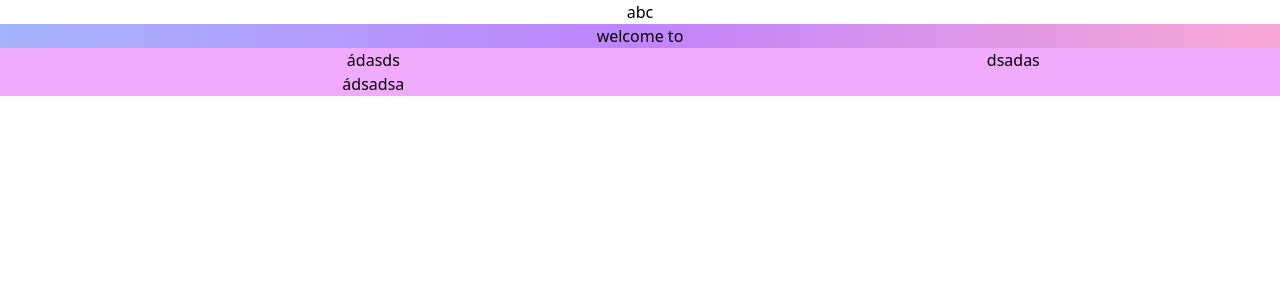
Repository: NguyenVietPhuQuy/ReactJs-TailWind-Redux-FunctionHook-ModelDesign
Page: / (app in modeldesign/)
The author's editor kept a copy of each file at every save. The page is drawn from the files as they stood at one save, then again after the next save.
The browser window is 1280 px wide. The pictures show the whole page.
The project was rebuilt for these pictures with package versions that can differ from the ones it lists, and the page was loaded fresh each time. Also part of the build but not shown: modeldesign/src/App.css.

Above is the page before, as saved 2022-11-17 10:26:07.

### modeldesign/src/index.js
import React from 'react';
import ReactDOM from 'react-dom/client';
import './index.css';
import App from './App';
import reportWebVitals from './reportWebVitals';
import {Provider} from 'react-redux'
import store from './Components/Reducer/Store'
const root = ReactDOM.createRoot(document.getElementById('root'));
root.render(
  <React.StrictMode>
    <Provider store ={store}>
    <App />
    </Provider>
  </React.StrictMode>
);

// If you want to start measuring performance in your app, pass a function
// to log results (for example: reportWebVitals(console.log))
// or send to an analytics endpoint. Learn more: https://bit.ly/CRA-vitals
reportWebVitals();

### modeldesign/src/App.js
import './App.css';
import Home from './Components/Home.js'
function App() {
  return (
    <div className='text-center'>abc
      <Home/>
    </div>
  );
}

export default App;

### modeldesign/src/Components/Reducer/Store.js
import {createStore} from "redux"
import rootReducer from "./RootReducer"

const store = createStore(rootReducer,window.__REDUX_DEVTOOLS_EXTENSION__ && window.__REDUX_DEVTOOLS_EXTENSION__())
export default store

### modeldesign/src/Components/Home.js
import React from "react";
import Header from './Header.js'
import Category from "./Category.js";
import ProductList from "./ProductList.js";
import Model from "./Model.js";
function Home() {
    return (
        <div className="container mx-auto relative bg-fuchsia-300">
            <section className=
            " bg-gradient-to-r from-indigo-300 via-purple-400 to-pink-300 w-full ring-2 ring-transparent">
                    <Header/>
            </section>
            <section className="main flex flex-row">
                <div className="basis-7/12">
                    <Category/>
                    <ProductList/>
                </div>
                <div className="basis-5/12">
                    <Model />
                </div>
            </section>
        </div>
    )
}
export default Home

### modeldesign/src/Components/Reducer/RootReducer.js
import { combineReducers } from "redux";
import ProductReducer from './ProductReducer'

const rootReducer = combineReducers({
    products: ProductReducer,

})

export default rootReducer

### modeldesign/src/Components/Header.js
import React from "react";
function Header(){
    return (
        <div>
            welcome to
        </div>
    )
}
export default Header

### modeldesign/src/Components/Category.js
import React from "react";
function Category(){
    return(<div>
        ádasds
    </div>)
}
export default Category

### modeldesign/src/Components/ProductList.js
import React from "react";
function ProductList(){
    return(<div>
ádsadsa
    </div>)
}
export default ProductList

### modeldesign/src/Components/Model.js
import React from "react";
function Model(){
    return(<div>
        dsadas
    </div>)
}
export default Model

### modeldesign/src/Components/Reducer/ProductReducer.js

const initialState = {
    product: [{
        id: 'topcloth_1',
        type: "topclothes",
        name: "Top Cloth 1",
        desc: "Lorem ipsum dolor, sit amet consectetur adipisicing elit. Aliquid, nulla.",
        imgSrc_jpg: 'images/clothes/topcloth1_show.jpg',
        imgSrc_png: 'images/clothes/topcloth1.png',
    },
    {
        id: 'topcloth_2',
        type: "topclothes",
        name: "Top Cloth 2",
        desc: "Lorem ipsum dolor, sit amet consectetur adipisicing elit. Aliquid, nulla.",
        imgSrc_jpg: 'images/clothes/topcloth2_show.jpg',
        imgSrc_png: 'images/clothes/topcloth2.png',
    },
    {
        id: 'topcloth_3',
        type: "topclothes",
        name: "Top Cloth 3",
        desc: "Lorem ipsum dolor, sit amet consectetur adipisicing elit. Aliquid, nulla.",
        imgSrc_jpg: 'images/clothes/topcloth3_show.jpg',
        imgSrc_png: 'images/clothes/topcloth3.png',
    },
    {
        id: 'topcloth_4',
        type: "topclothes",
        name: "Top Cloth 4",
        desc: "Lorem ipsum dolor, sit amet consectetur adipisicing elit. Aliquid, nulla.",
        imgSrc_jpg: 'images/clothes/topcloth4_show.jpg',
        imgSrc_png: 'images/clothes/topcloth4.png',
    },
    {
        id: 'topcloth_5',
        type: "topclothes",
        name: "Top Cloth 5",
        desc: "Lorem ipsum dolor, sit amet consectetur adipisicing elit. Aliquid, nulla.",
        imgSrc_jpg: 'images/clothes/topcloth5_show.jpg',
        imgSrc_png: 'images/clothes/topcloth5.png',
    },
    {
        id: 'topcloth_6',
        type: "topclothes",
        name: "Top Cloth ",
        desc: "Lorem ipsum dolor, sit amet consectetur adipisicing elit. Aliquid, nulla.",
        imgSrc_jpg: 'images/clothes/topcloth6_show.jpg',
        imgSrc_png: 'images/clothes/topcloth6.png',
    },

    // Both clothes
    {
        id: 'botcloth_1',
        type: "botclothes",
        name: "Bot Cloth 1",
        desc: "Lorem ipsum dolor, sit amet consectetur adipisicing elit. Aliquid, nulla.",
        imgSrc_jpg: 'images/clothes/botcloth1_show.jpg',
        imgSrc_png: 'images/clothes/botcloth1.png',
    },
    {
        id: 'botcloth_2',
        type: "botclothes",
        name: "Bot Cloth 2",
        desc: "Lorem ipsum dolor, sit amet consectetur adipisicing elit. Aliquid, nulla.",
        imgSrc_jpg: 'images/clothes/botcloth2_show.jpg',
        imgSrc_png: 'images/clothes/botcloth2.png',
    },
    {
        id: 'botcloth_3',
        type: "botclothes",
        name: "Bot Cloth 3",
        desc: "Lorem ipsum dolor, sit amet consectetur adipisicing elit. Aliquid, nulla.",
        imgSrc_jpg: 'images/clothes/botcloth3_show.jpg',
        imgSrc_png: 'images/clothes/botcloth3.png',
    },
    {
        id: 'botcloth_4',
        type: "botclothes",
        name: "Bot Cloth 4",
        desc: "Lorem ipsum dolor, sit amet consectetur adipisicing elit. Aliquid, nulla.",
        imgSrc_jpg: 'images/clothes/botcloth4_show.jpg',
        imgSrc_png: 'images/clothes/botcloth4.png',
    },
    {
        id: 'botcloth_5',
        type: "botclothes",
        name: "Bot Cloth 5",
        desc: "Lorem ipsum dolor, sit amet consectetur adipisicing elit. Aliquid, nulla.",
        imgSrc_jpg: 'images/clothes/botcloth5_show.jpg',
        imgSrc_png: 'images/clothes/botcloth5.png',
    },

    // Shoes
    {
        id: 'shoes_1',
        type: "shoes",
        name: "Shoes 1",
        desc: "Lorem ipsum dolor, sit amet consectetur adipisicing elit. Aliquid, nulla.",
        imgSrc_jpg: 'images/shoes/shoes1_show.jpg',
        imgSrc_png: 'images/shoes/shoes1.png',
    },
    {
        id: 'shoes_2',
        type: "shoes",
        name: "Shoes 2",
        desc: "Lorem ipsum dolor, sit amet consectetur adipisicing elit. Aliquid, nulla.",
        imgSrc_jpg: 'images/shoes/shoes2_show.jpg',
        imgSrc_png: 'images/shoes/shoes2.png',
    },
    {
        id: 'shoes_3',
        type: "shoes",
        name: "Shoes 3",
        desc: "Lorem ipsum dolor, sit amet consectetur adipisicing elit. Aliquid, nulla.",
        imgSrc_jpg: 'images/shoes/shoes3_show.jpg',
        imgSrc_png: 'images/shoes/shoes3.png',
    },
    {
        id: 'shoes_4',
        type: "shoes",
        name: "Shoes 4",
        desc: "Lorem ipsum dolor, sit amet consectetur adipisicing elit. Aliquid, nulla.",
        imgSrc_jpg: 'images/shoes/shoes4_show.jpg',
        imgSrc_png: 'images/shoes/shoes4.png',
    },
    {
        id: 'shoes_5',
        type: "shoes",
        name: "Shoes 5",
        desc: "Lorem ipsum dolor, sit amet consectetur adipisicing elit. Aliquid, nulla.",
        imgSrc_jpg: 'images/shoes/shoes5_show.jpg',
        imgSrc_png: 'images/shoes/shoes5.png',
    },

    // Handbags
    {
        id: 'handbag_1',
        type: "handbags",
        name: "Handbag 1",
        desc: "Lorem ipsum dolor, sit amet consectetur adipisicing elit. Aliquid, nulla.",
        imgSrc_jpg: 'images/handbags/handbag1_show.jpg',
        imgSrc_png: 'images/handbags/handbag1.png',
    },
    {
        id: 'handbag_2',
        type: "handbags",
        name: "Handbag 2",
        desc: "Lorem ipsum dolor, sit amet consectetur adipisicing elit. Aliquid, nulla.",
        imgSrc_jpg: 'images/handbags/handbag2_show.jpg',
        imgSrc_png: 'images/handbags/handbag2.png',
    },
    {
        id: 'handbag_3',
        type: "handbags",
        name: "Handbag 3",
        desc: "Lorem ipsum dolor, sit amet consectetur adipisicing elit. Aliquid, nulla.",
        imgSrc_jpg: 'images/handbags/handbag3_show.jpg',
        imgSrc_png: 'images/handbags/handbag3.png',
    },

    // Necklaces
    {
        id: 'necklace_1',
        type: "necklaces",
        name: "Necklace 1",
        desc: "Lorem ipsum dolor, sit amet consectetur adipisicing elit. Aliquid, nulla.",
        imgSrc_jpg: 'images/necklaces/necklace1_show.jpg',
        imgSrc_png: 'images/necklaces/necklace1.png',
    },
    {
        id: 'necklace_2',
        type: "necklaces",
        name: "Necklace 2",
        desc: "Lorem ipsum dolor, sit amet consectetur adipisicing elit. Aliquid, nulla.",
        imgSrc_jpg: 'images/necklaces/necklace2_show.jpg',
        imgSrc_png: 'images/necklaces/necklace2.png',
    },
    {
        id: 'necklace_3',
        type: "necklaces",
        name: "Necklace 3",
        desc: "Lorem ipsum dolor, sit amet consectetur adipisicing elit. Aliquid, nulla.",
        imgSrc_jpg: 'images/necklaces/necklace3_show.jpg',
        imgSrc_png: 'images/necklaces/necklace3.png',
    },

    // Hairstyle
    {
        id: 'hairstyle_1',
        type: "hairstyle",
        name: "Hairstyle 1",
        desc: "Lorem ipsum dolor, sit amet consectetur adipisicing elit. Aliquid, nulla.",
        imgSrc_jpg: 'images/hairstyle/hairstyle1_show.jpg',
        imgSrc_png: 'images/hairstyle/hairstyle1.png',
    },
    {
        id: 'hairstyle_2',
        type: "hairstyle",
        name: "Hairstyle 2",
        desc: "Lorem ipsum dolor, sit amet consectetur adipisicing elit. Aliquid, nulla.",
        imgSrc_jpg: 'images/hairstyle/hairstyle2_show.jpg',
        imgSrc_png: 'images/hairstyle/hairstyle2.png',
    },
    {
        id: 'hairstyle_3',
        type: "hairstyle",
        name: "Hairstyle 3",
        desc: "Lorem ipsum dolor, sit amet consectetur adipisicing elit. Aliquid, nulla.",
        imgSrc_jpg: 'images/hairstyle/hairstyle3_show.jpg',
        imgSrc_png: 'images/hairstyle/hairstyle3.png',
    },

    // Background
    {
        id: 'background_1',
        type: "background",
        name: "Background 1",
        desc: "Lorem ipsum dolor, sit amet consectetur adipisicing elit. Aliquid, nulla.",
        imgSrc_jpg: 'images/background/background1_show.jpg',
        imgSrc_png: 'images/background/background1.jpg',
    },
    {
        id: 'background_2',
        type: "background",
        name: "Background 2",
        desc: "Lorem ipsum dolor, sit amet consectetur adipisicing elit. Aliquid, nulla.",
        imgSrc_jpg: 'images/background/background2_show.jpg',
        imgSrc_png: 'images/background/background2.jpg',
    },
    {
        id: 'background_3',
        type: "background",
        name: "Background 3",
        desc: "Lorem ipsum dolor, sit amet consectetur adipisicing elit. Aliquid, nulla.",
        imgSrc_jpg: 'images/background/background3_show.jpg',
        imgSrc_png: 'images/background/background3.jpg',
    },
    {
        id: 'background_4',
        type: "background",
        name: "Background 4",
        desc: "Lorem ipsum dolor, sit amet consectetur adipisicing elit. Aliquid, nulla.",
        imgSrc_jpg: 'images/background/background4_show.jpg',
        imgSrc_png: 'images/background/background4.jpg',
    },
    {
        id: 'background_5',
        type: "background",
        name: "Background 5",
        desc: "Lorem ipsum dolor, sit amet consectetur adipisicing elit. Aliquid, nulla.",
        imgSrc_jpg: 'images/background/background5_show.jpg',
        imgSrc_png: 'images/background/background5.jpg',
    },
    {
        id: 'background_6',
        type: "background",
        name: "Background 6",
        desc: "Lorem ipsum dolor, sit amet consectetur adipisicing elit. Aliquid, nulla.",
        imgSrc_jpg: 'images/background/background6_show.jpg',
        imgSrc_png: 'images/background/background6.jpg',
    },
    {
        id: 'background_7',
        type: "background",
        name: "Background 7",
        desc: "Lorem ipsum dolor, sit amet consectetur adipisicing elit. Aliquid, nulla.",
        imgSrc_jpg: 'images/background/background7_show.jpg',
        imgSrc_png: 'images/background/background7.jpg',
    },
],
}
const ProductReducer = (state =initialState,action)=>{
    return state
}

export default ProductReducer

Loaded but not shown: modeldesign/public/index.html (common file); modeldesign/src/index.css (common file); modeldesign/src/reportWebVitals.js (common file); modeldesign/tailwind.config.js (common file)

After the next save:
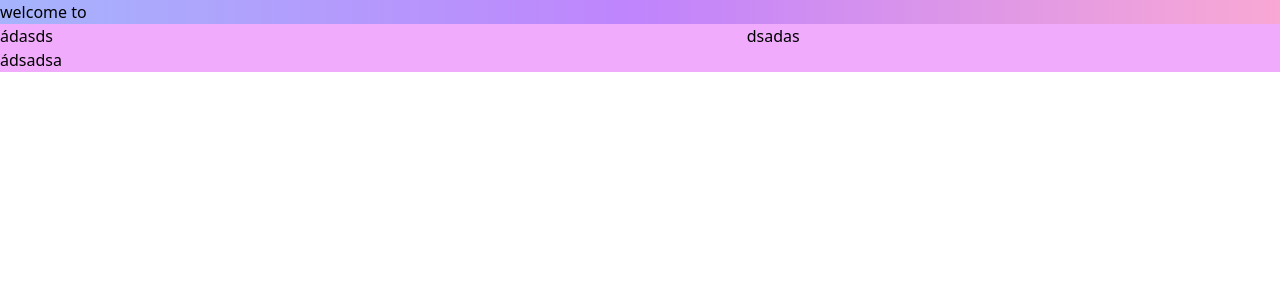
Saved 103 s later.
--- a/modeldesign/src/App.js
+++ b/modeldesign/src/App.js
@@ -2,7 +2,7 @@ import './App.css';
 import Home from './Components/Home.js'
 function App() {
   return (
-    <div className='text-center'>abc
+    <div>
       <Home/>
     </div>
   );
